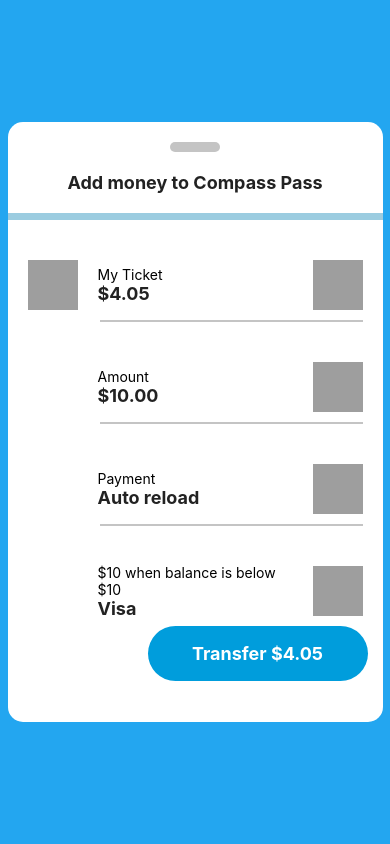
Repository: wilyyy/CompassPlus
Page: /
An editor plug-in stored every save of this project. The page is shown before and after the next save, followed by the edit.
The browser window is 390 px wide. The pictures show the whole page.
Pictures or frames that could not be fetched are drawn as grey boxes. The app was drawn by React Native's web renderer in a window 390 px wide. The project was rebuilt for these pictures with package versions that can differ from the ones it lists, and the page was loaded fresh each time. Also part of the build but not shown: constants/styles.js, comps/CompassCardParent/cardManager.js, comps/CompassCardParent/transferFunds.js, comps/LinkCompassCard/index.js, comps/RideCardCont/index.js, storybook/stories/CenterView/style.js, comps/SignUpTransitCard/index.js.

Above is the page before, as saved 2021-10-30 19:51:53.

After the next save:
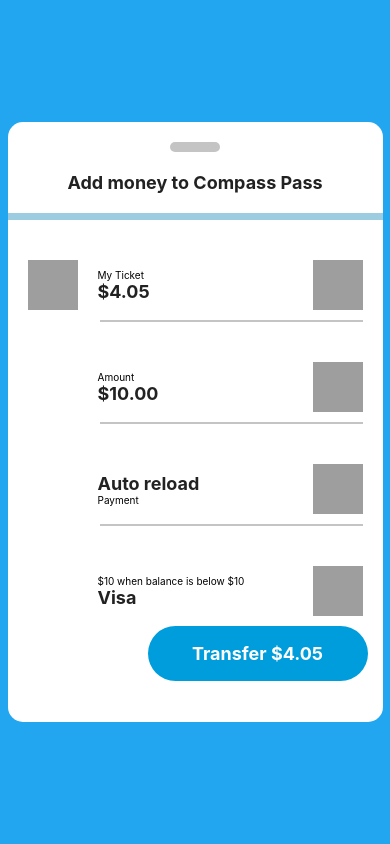
Saved 51 s later.
--- a/comps/CompassCardParent/CardManager/AddFunds/index.js
+++ b/comps/CompassCardParent/CardManager/AddFunds/index.js
@@ -68,7 +68,7 @@
 `;
 
 const SmallTitle = styled.Text`
-
+    font-size: 10px;
 `;
 
 const Amount = styled.Text`
@@ -166,8 +166,9 @@
                         source={{ uri: '#', }}
                     />
                     <TextColumn>
+                        <Amount>Auto reload</Amount>
                         <SmallTitle>Payment</SmallTitle>
-                        <Amount>Auto reload</Amount>
+
                     </TextColumn>
                 </SettingsContLeft>
                 <Arrow
